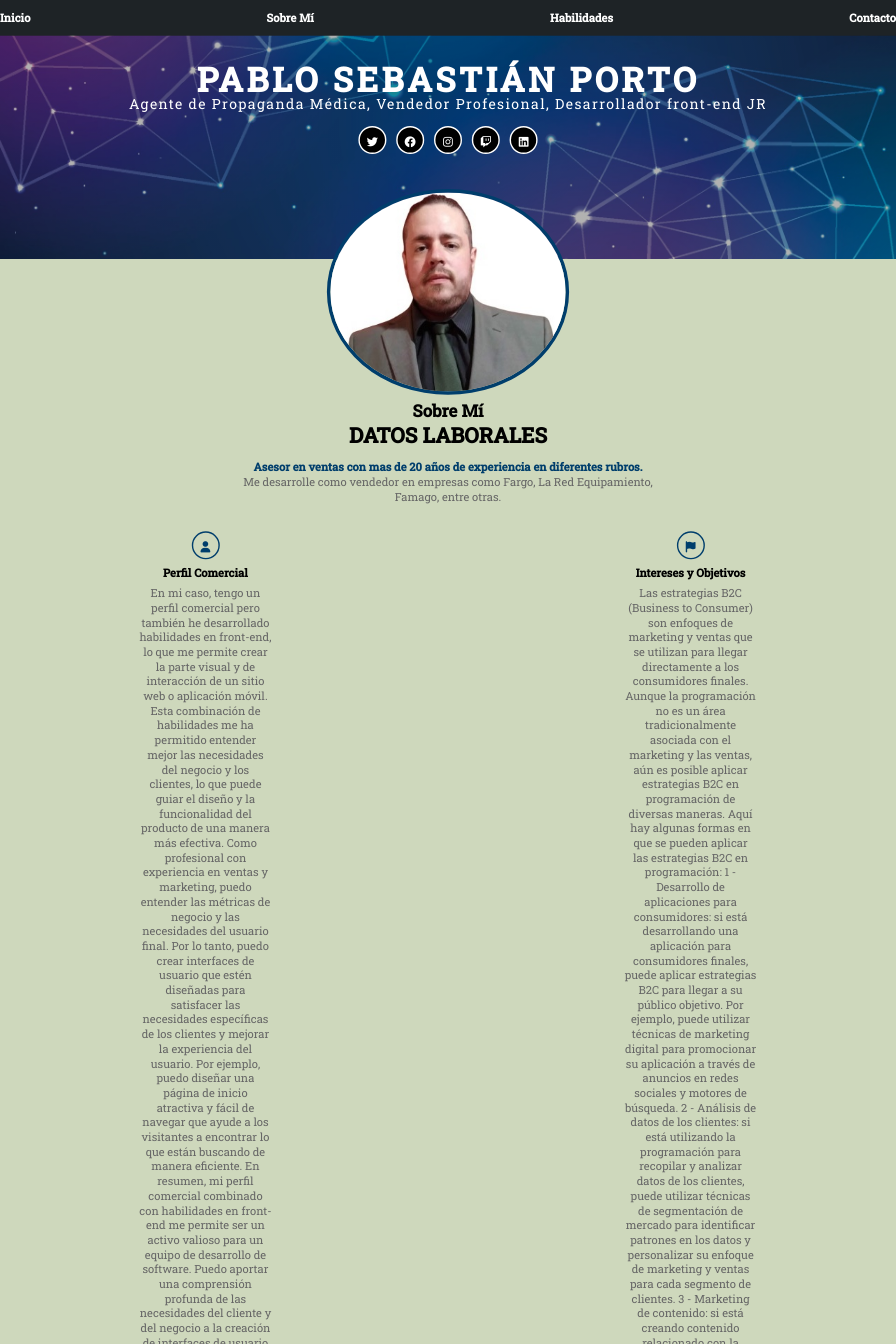
Repository: PabloSebastianPorto/Entrega-CV-1-ARG-PROG
Page: CVFINAL/CVfinal.HTML
These files come from the project's save history. The page is drawn as it stood at one moment and after the next save; the edit follows.
The browser window is 1280 px wide. The pictures show the part of the page from y = 0 to 1920 px (the page is 2947 px tall), at 70% of full size.
Some web libraries are served in a nearby version.

Above is the page before, as saved 2023-02-28 11:01:11.

### CVFINAL/CVfinal.HTML
<!DOCTYPE html>
<html lang="es">
  <head>
    <meta charset="UTF-8" />
    <meta http-equiv="X-UA-Compatible" content="IE=edge" />
    <meta name="viewport" content="width=device-width, initial-scale=1.0" />
    <title>Document</title>
    <link
      rel="stylesheet"
      href="https://cdnjs.cloudflare.com/ajax/libs/font-awesome/6.3.0/css/all.min.css"
      integrity="sha512-SzlrxWUlpfuzQ+pcUCosxcglQRNAq/DZjVsC0lE40xsADsfeQoEypE+enwcOiGjk/bSuGGKHEyjSoQ1zVisanQ=="
      crossorigin="anonymous"
      referrerpolicy="no-referrer"
    />
    <link rel="stylesheet" href="CVfinal.css" />
    <title>CV Pablo Sebastián Porto</title>
  </head>
  <body>
    <section class="inicio" id="inicio">
      <div class="contenido-seccion">
        <header>
          <div class="nav-clas"></div>
          <i class="fa-solid fa-bars"></i>
          <nav id="nav" class="nav">
            <a href="#Inicio">Inicio</a>
            <a href="#Sobre Mí">Sobre Mí</a>
            <a href="#Habilidades">Habilidades</a>
            <a href="#Contacto">Contacto</a>
          </nav>
        </header>
        <div class="info">
          <h1>PABLO SEBASTIÁN PORTO</h1>
          <h2>
            Agente de Propaganda Médica, Vendedor Profesional, Desarrollador
            front-end JR
          </h2>
          <div class="redes">
            <a href="#"><i class="fa-brands fa-twitter"></i></a>
            <a href="#"><i class="fa-brands fa-facebook"></i></a>
            <a href="#"><i class="fa-brands fa-instagram"></i></a>
            <a href="#"><i class="fa-brands fa-twitch"></i></a>
            <a href="#"><i class="fa-brands fa-linkedin"></i></a>
          </div>
        </div>
        <div class="foto">
          <img
            src="IMG/CVfoto.jpg"
            alt="Aca va una imagen, pero se la robaron"
          />
        </div>
      </div>
    </section>
    <section class="sobremi" id="sobremi">
      <div class="contenido-seccion">
        <h2 class="titulo-seccion">Sobre Mí</h2>
        <h3>Datos Laborales</h3>
        <p class="especial">
          Asesor en ventas con mas de 20 años de experiencia en diferentes
          rubros.
        </p>
        <p>
          Me desarrolle como vendedor en empresas como Fargo, La Red
          Equipamiento, Famago, entre otras.
        </p>
        <div class="fila">
          <div class="col">
            <i class="fa-solid fa-user"></i>
            <span class="titulo-detalle">Perfil Comercial</span>
            <p>
              En mi caso, tengo un perfil comercial pero también he desarrollado
              habilidades en front-end, lo que me permite crear la parte visual
              y de interacción de un sitio web o aplicación móvil. Esta
              combinación de habilidades me ha permitido entender mejor las
              necesidades del negocio y los clientes, lo que puede guiar el
              diseño y la funcionalidad del producto de una manera más efectiva.
              Como profesional con experiencia en ventas y marketing, puedo
              entender las métricas de negocio y las necesidades del usuario
              final. Por lo tanto, puedo crear interfaces de usuario que estén
              diseñadas para satisfacer las necesidades específicas de los
              clientes y mejorar la experiencia del usuario. Por ejemplo, puedo
              diseñar una página de inicio atractiva y fácil de navegar que
              ayude a los visitantes a encontrar lo que están buscando de manera
              eficiente. En resumen, mi perfil comercial combinado con
              habilidades en front-end me permite ser un activo valioso para un
              equipo de desarrollo de software. Puedo aportar una comprensión
              profunda de las necesidades del cliente y del negocio a la
              creación de interfaces de usuario atractivas y efectivas que
              satisfagan los objetivos comerciales y las necesidades de los
              usuarios finales.
            </p>
          </div>
          <div class="col">
            <i class="fa-solid fa-flag"></i>
            <span class="titulo-detalle">Intereses y Objetivos</span>
            <p>
              Las estrategias B2C (Business to Consumer) son enfoques de
              marketing y ventas que se utilizan para llegar directamente a los
              consumidores finales. Aunque la programación no es un área
              tradicionalmente asociada con el marketing y las ventas, aún es
              posible aplicar estrategias B2C en programación de diversas
              maneras. Aquí hay algunas formas en que se pueden aplicar las
              estrategias B2C en programación: 1 - Desarrollo de aplicaciones
              para consumidores: si está desarrollando una aplicación para
              consumidores finales, puede aplicar estrategias B2C para llegar a
              su público objetivo. Por ejemplo, puede utilizar técnicas de
              marketing digital para promocionar su aplicación a través de
              anuncios en redes sociales y motores de búsqueda. 2 - Análisis de
              datos de los clientes: si está utilizando la programación para
              recopilar y analizar datos de los clientes, puede utilizar
              técnicas de segmentación de mercado para identificar patrones en
              los datos y personalizar su enfoque de marketing y ventas para
              cada segmento de clientes. 3 - Marketing de contenido: si está
              creando contenido relacionado con la programación, puede aplicar
              estrategias B2C para llegar a su audiencia objetivo. Por ejemplo,
              puede utilizar técnicas de SEO para optimizar su contenido para
              los motores de búsqueda y atraer a más consumidores finales. 4 -
              Comunicación directa con los clientes: si está desarrollando
              software o aplicaciones para empresas que luego serán utilizadas
              por consumidores finales, puede aplicar estrategias B2C para
              mejorar la comunicación directa con los clientes. Por ejemplo,
              puede utilizar herramientas de chat en vivo para permitir que los
              clientes se comuniquen directamente con su equipo de soporte
              técnico. En resumen, aunque la programación no está directamente
              relacionada con el marketing y las ventas, aún es posible aplicar
              estrategias B2C en programación para llegar a los consumidores
              finales de diversas maneras.
            </p>
          </div>
        </div>
      </div>
    </section>
  </body>
</html>

### CVFINAL/CVfinal.css
@import url("https://fonts.googleapis.com/css2?family=Roboto+Slab:wght@100;200;300;400;500&display=swap");
* {
  box-sizing: border-box;
  font-family: "Roboto Slab", serif;
  margin: 0;
  padding: 0;
}
html {
  box-sizing: border-box;
  font-family: "Roboto Slab", serif;
  margin: 0;
  padding: 0;
}
html {
  scroll-behavior: smooth;
}
.inicio {
  background: linear-gradient(rgba(0, 0, 0, 0.3), rgba(0, 0, 0, 0.3)),
    url(IMG/imagen-fondo.jpg);
  background-size: cover;
  background-position: center center;
  color: #ffffff;
}
.inicio .contenido-seccion {
  max-width: 1000px;
  margin: auto;
  text-align: center;
  padding: 0 10px;
}
.inicio .contenido-seccion header {
  padding: 30px;
}
.inicio .contenido-seccion header nav {
  background: #1e2326;
  position: fixed;
  width: 100%;
  top: 0;
  left: 0;
  z-index: 99;
  display: flex;
  justify-content: space-between;
}
.inicio .contenido-seccion header nav a {
  display: block;
  color: #ffffff;
  text-decoration: none;
  margin-bottom: 15px;
  margin-top: 15px;
  font-weight: bold;
}
.inicio .contenido-seccion header .nav-bar:hover {
  color: #003e6c;
}
.inicio .contenido-seccion .info {
  padding-bottom: 130px;
}
.inicio .contenido-seccion .info h1 {
  font-size: 3rem;
  letter-spacing: 5px;
}
.inicio .contenido-seccion .info h2 {
  font-weight: normal;
  font-size: 20px;
  margin-top: -10px;
  letter-spacing: 2px;
}
.inicio .contenido-seccion .info .redes {
  margin: 20px 0;
}
.inicio .contenido-seccion .info .redes a {
  display: inline-block;
  text-decoration: none;
  background-color: #000;
  color: #ffffff;
  border: 2px solid #ffffff;
  border-radius: 50%;
  width: 40px;
  height: 40px;
  line-height: 40px;
  margin: 0 5px;
  transition: 0.3s;
}
.inicio .contenido-seccion .info .redes a:hover {
  color: #fff;
  background-color: #003e6c;
  box-shadow: 0 0 20px #fff;
}
.inicio .contenido-seccion .foto {
  position: relative;
}
.inicio .contenido-seccion .foto img {
  max-width: 350px;
  max-height: 350px;
  border-radius: 50%;
  border: 5px solid #003e6c;
  position: absolute;
  left: 50%;
  top: -100px;
  transform: translateX(-50%);
}
.sobremi {
  background-color: #ced8bc;
  padding: 200px 0 200px 0;
  text-align: center;
}
.sobremi .contenido-seccion {
  max-width: 3000px;
  margin: auto;
  padding: 0 10px;
}
.sobremi .contenido-seccion h3 {
  text-transform: uppercase;
  font-size: 30px;
}
.sobremi .contenido-seccion .especial {
  color: #003e6c;
  font-weight: bold;
  margin-top: 15px;
}
.sobremi .contenido-seccion p {
  max-width: 1000px;
  margin: auto;
  color: #666;
  padding-left: 5cm;
  padding-right: 5cm;
}
.sobremi .contenido-seccion .fila {
  display: flex;
  margin-top: 40px;
  justify-content: space-between;
}
.sobremi .contenido-seccion .fila .col {
  width: 45%;
}
.sobremi .contenido-seccion .fila .col i {
  color: #003e6c;
  display: inline-block;
  width: 40px;
  height: 40px;
  border: 2px solid #003e6c;
  line-height: 40px;
  border-radius: 50%;
}
.sobremi .contenido-seccion .fila .col span {
  display: block;
  font-weight: bold;
  margin: 8px 0;
}

After the next save:
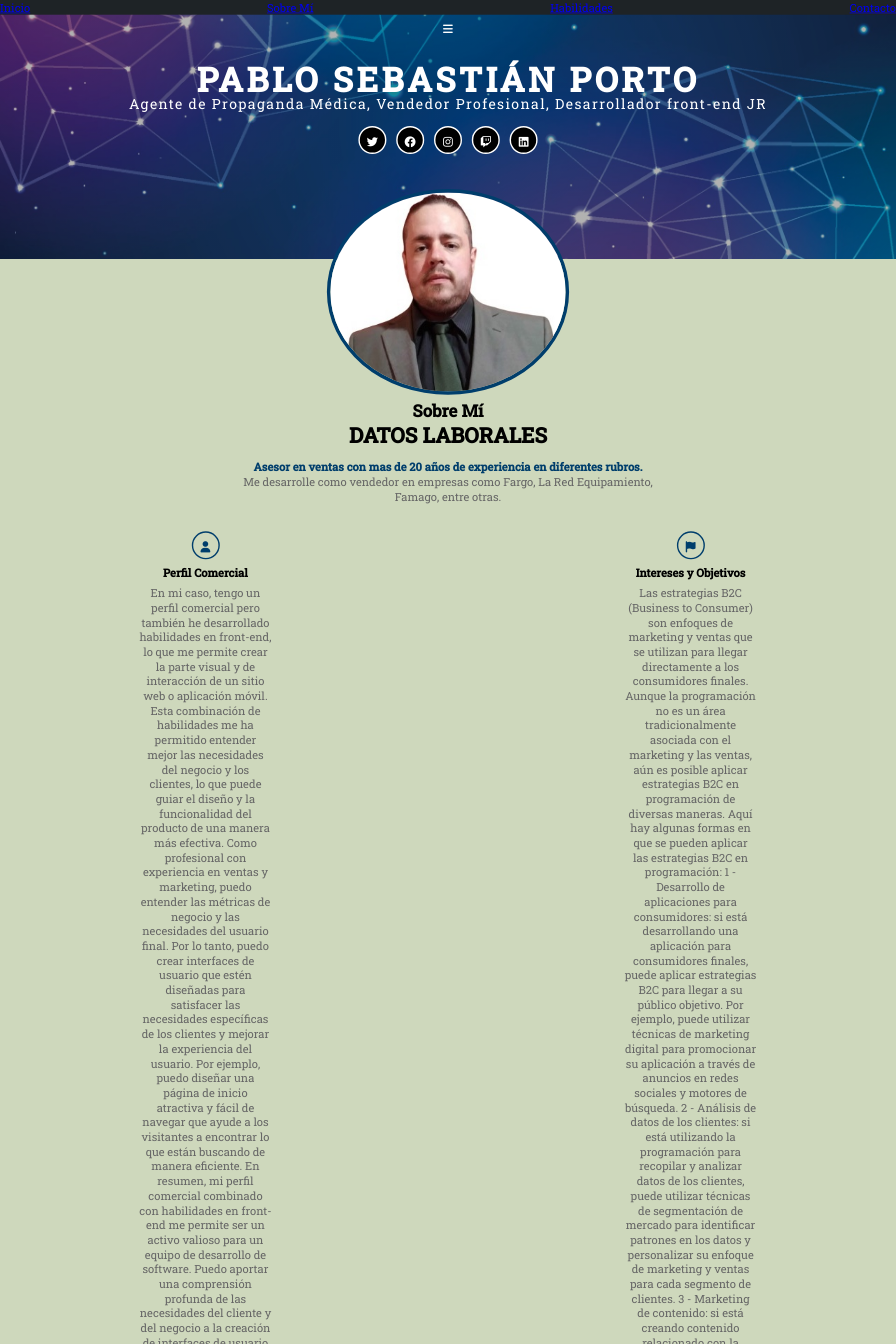
Saved 5 min 25 s later.
--- a/CVFINAL/CVfinal.css
+++ b/CVFINAL/CVfinal.css
@@ -40,13 +40,13 @@
   display: flex;
   justify-content: space-between;
 }
-.inicio .contenido-seccion header nav a {
-  display: block;
-  color: #ffffff;
+.inicio .contenido-seccion header nav ul li a {
+  text-align: none;
+  color: #fff;
+  margin: 0 15px;
+  padding: 3px;
+  transition: 0.5s;
   text-decoration: none;
-  margin-bottom: 15px;
-  margin-top: 15px;
-  font-weight: bold;
 }
 .inicio .contenido-seccion header .nav-bar:hover {
   color: #003e6c;

After the save that followed:
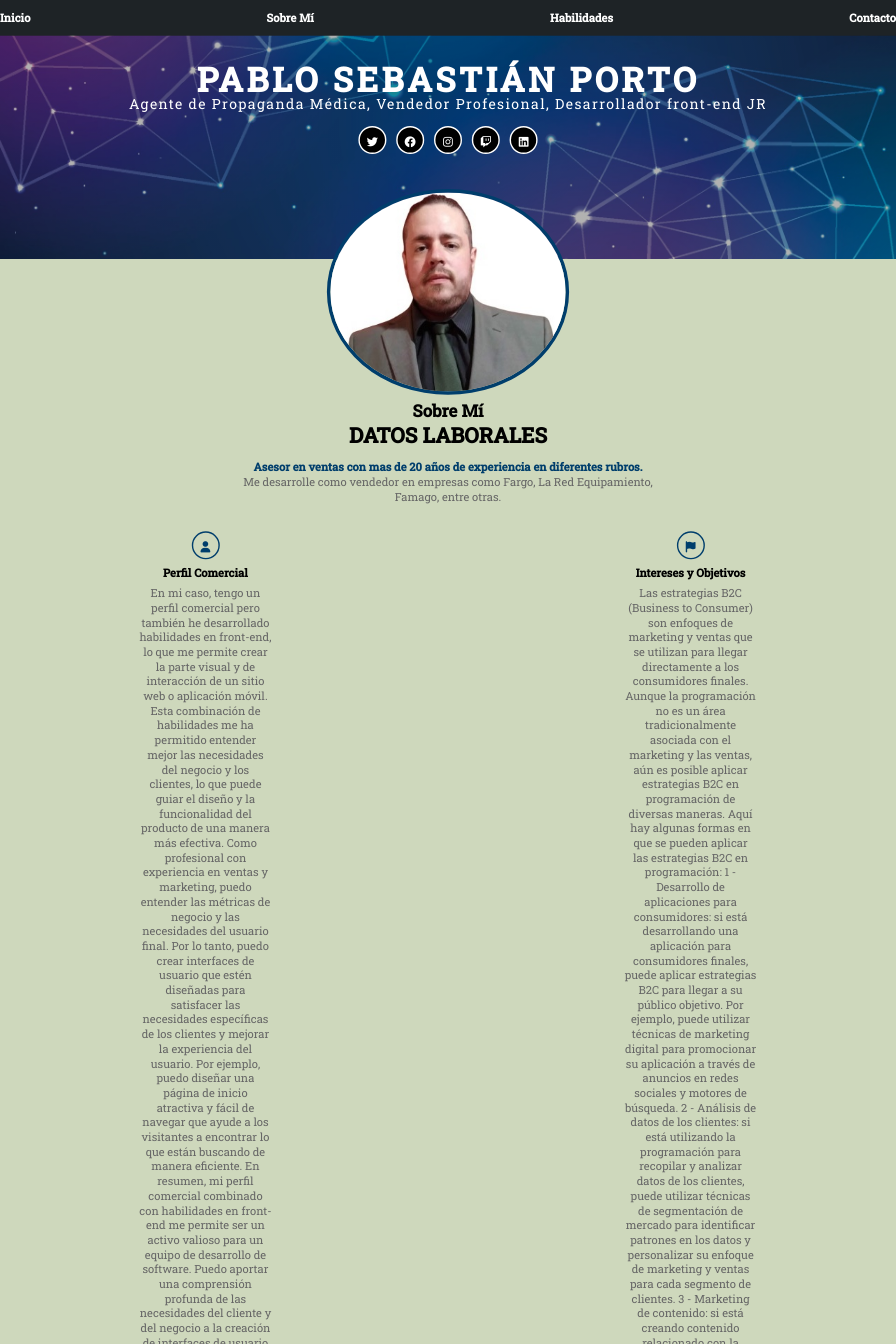
Saved 2 min 37 s later.
--- a/CVFINAL/CVfinal.css
+++ b/CVFINAL/CVfinal.css
@@ -40,13 +40,13 @@
   display: flex;
   justify-content: space-between;
 }
-.inicio .contenido-seccion header nav ul li a {
-  text-align: none;
-  color: #fff;
-  margin: 0 15px;
-  padding: 3px;
-  transition: 0.5s;
+.inicio .contenido-seccion header nav a {
+  display: block;
+  color: #ffffff;
   text-decoration: none;
+  margin-bottom: 15px;
+  margin-top: 15px;
+  font-weight: bold;
 }
 .inicio .contenido-seccion header .nav-bar:hover {
   color: #003e6c;
